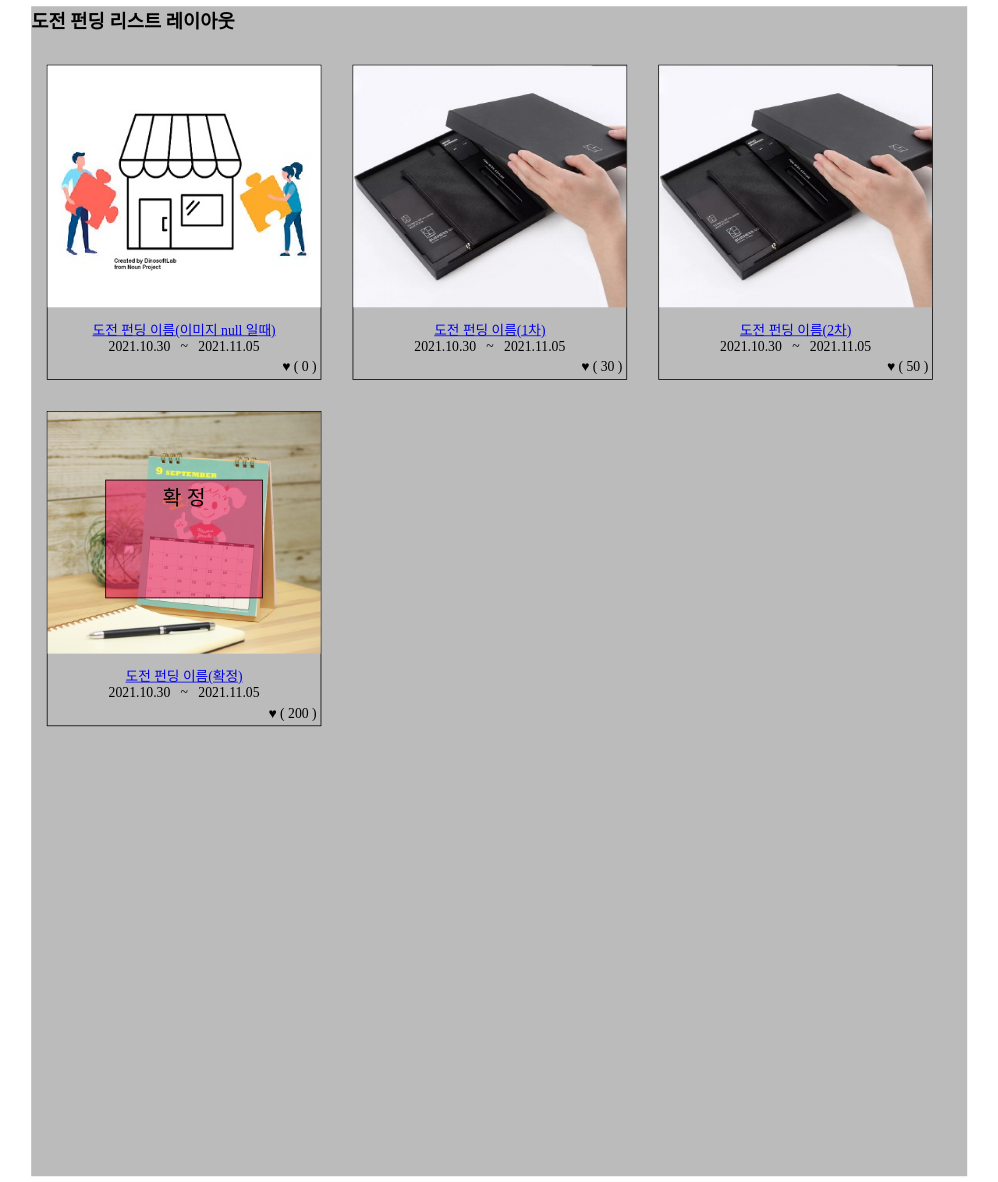
Repository: GroundPark/team6
Page: http://localhost/lefthand/page/product/chal_funding_list.jsp
These files come from the project's save history. The page is drawn as it stood at one moment and after the next save; the edit follows.
The browser window is 1280 px wide. The pictures show the whole page, at 78% of full size.
The page is served by Tomcat 9.

Above is the page before, as saved 2021-11-20 17:57:22.

After the next save:
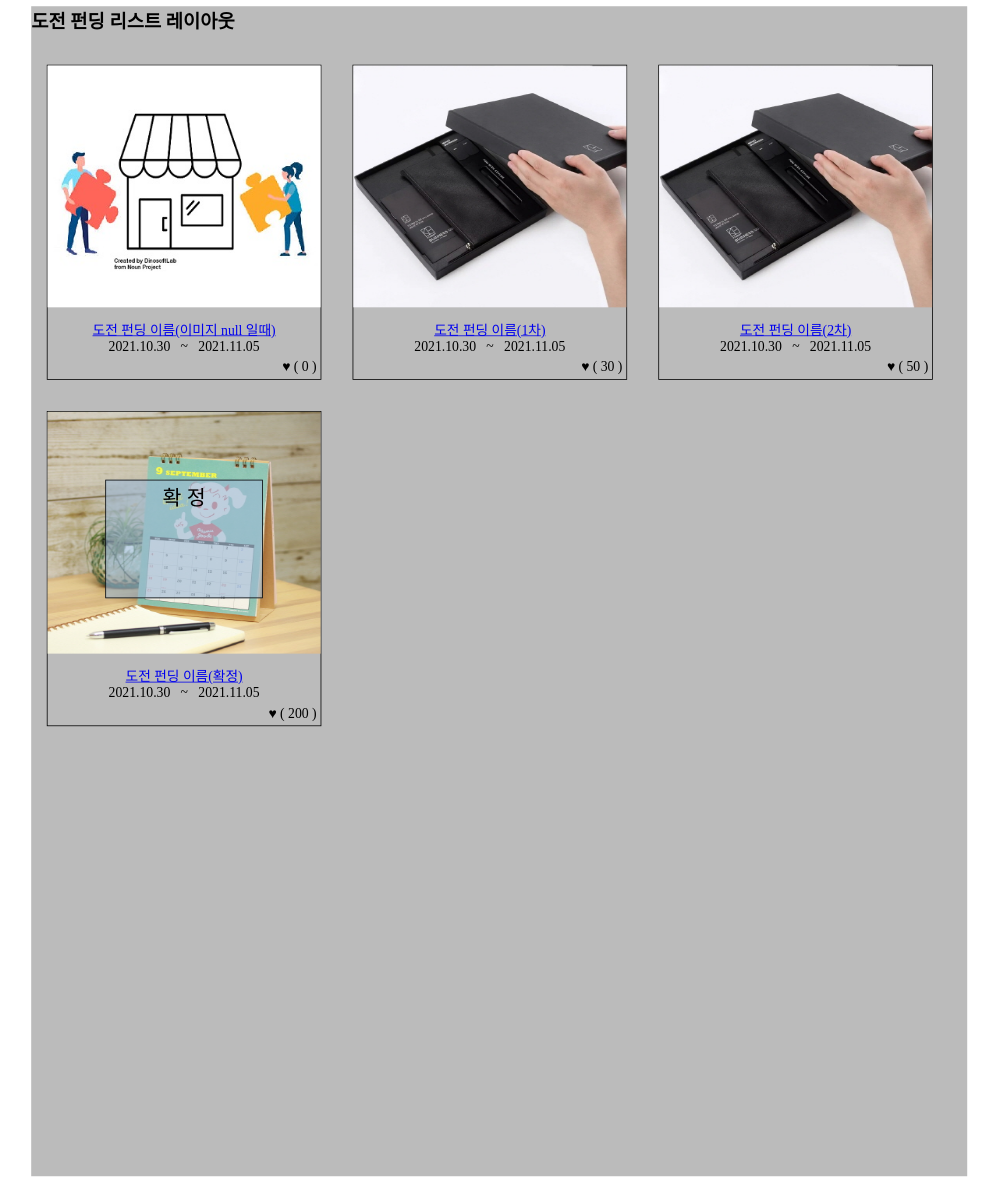
Saved 5 min 3 s later.
--- a/lefthand/WebContent/page/product/chal_funding_list.jsp
+++ b/lefthand/WebContent/page/product/chal_funding_list.jsp
@@ -19,7 +19,7 @@
 	position:absolute;
 	top:50%; left:50%;
 	transform:translate(-50%, -75%);
-	width:200px; height:150px; background-color:rgba(233, 30, 90, 0.6);
+	width:200px; height:150px; background-color:rgba(155, 183, 214, 0.6);
 	z-index: 1;
 
 	border:1px black solid;
